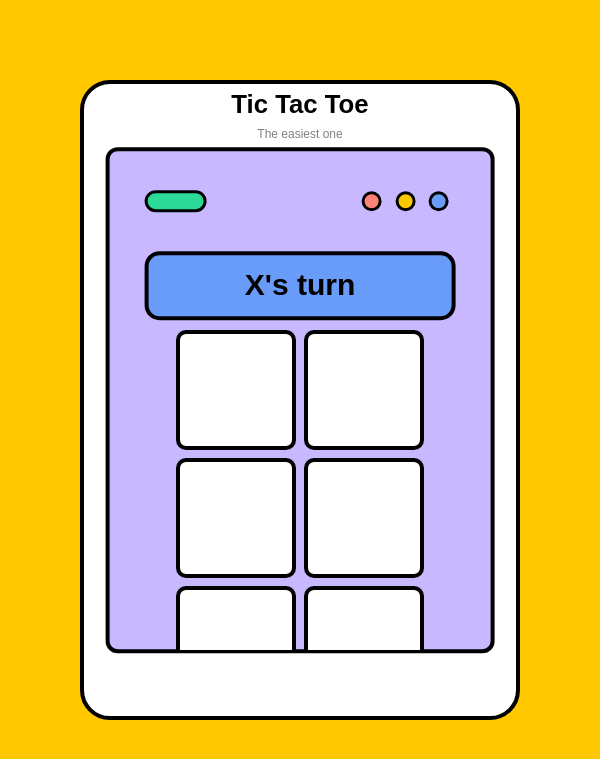
Repository: ThisIsSahaj/Js-Projects
Page: TIcTacToe/index.html
These files come from the project's save history. The page is drawn as it stood at one moment and after the next save; the edit follows.
The browser window is 600 px wide. The pictures show the whole page.

Above is the page before, as saved 2024-05-04 12:04:07.

After the next save:
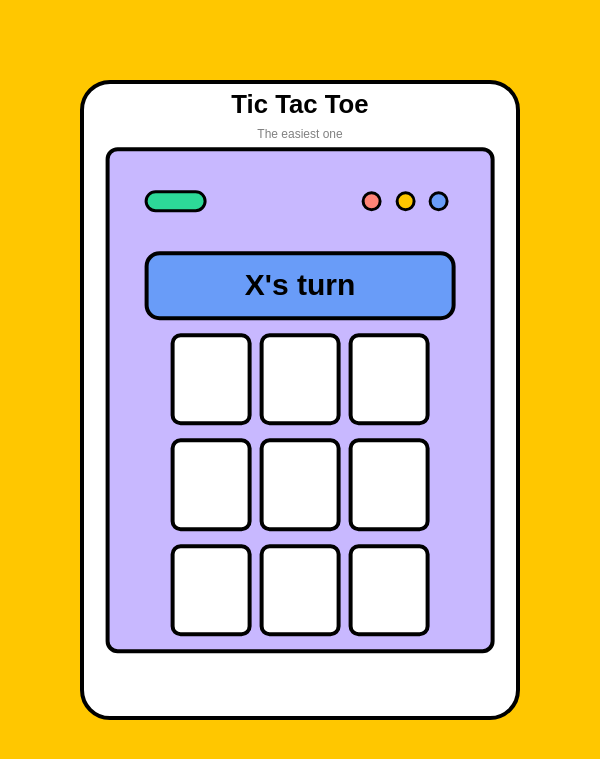
Saved 13 s later.
--- a/TIcTacToe/style.css
+++ b/TIcTacToe/style.css
@@ -263,10 +263,10 @@ html{
     .phoneUi{
         width: 440px;
     }
-    .cell{
+    /* .cell{
         width: 120px;
         height: 120px;
-    }
+    } */
 
 }
 
